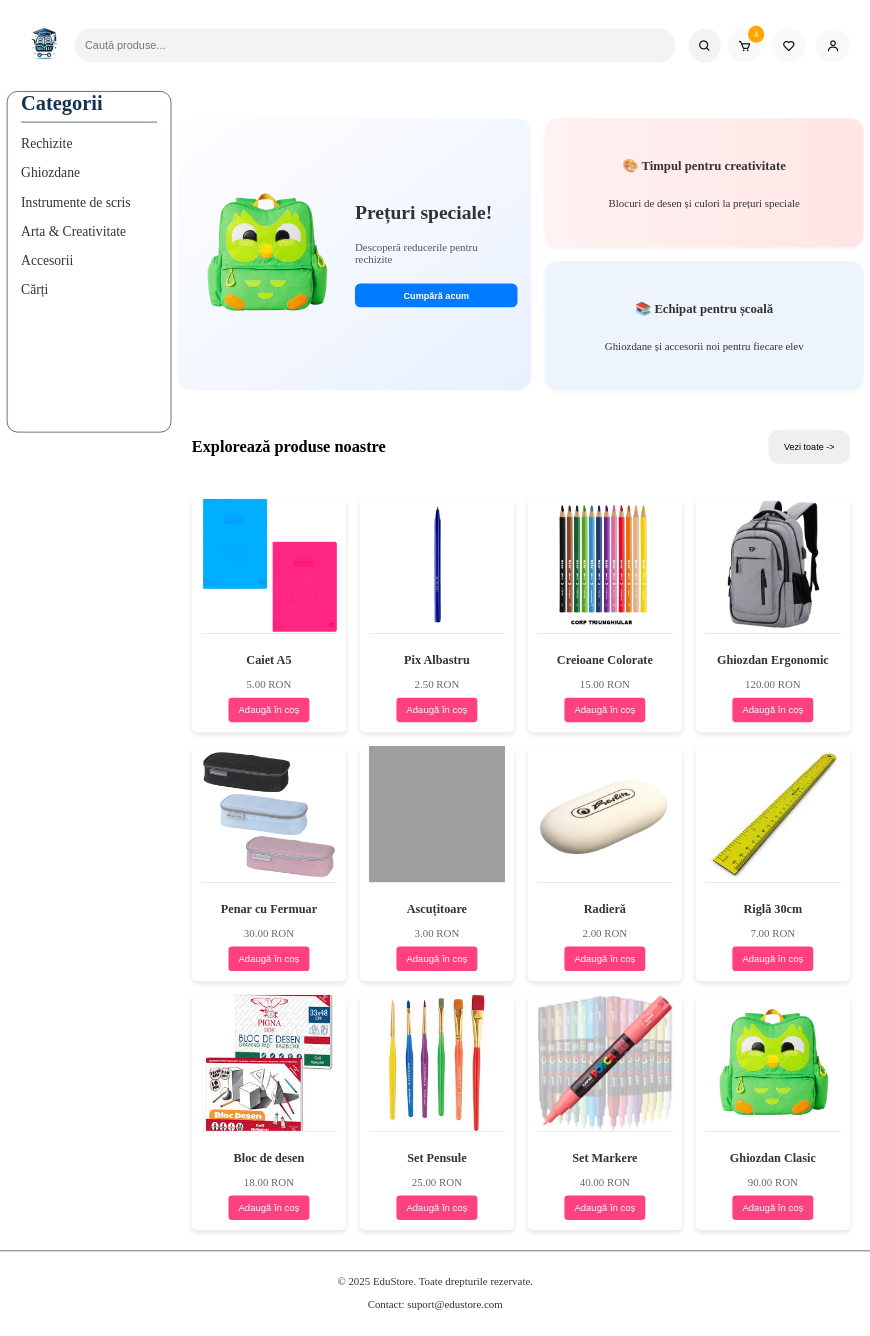
Repository: Roxana5504/WebDev-Project
Page: frontend/index.html
An editor plug-in stored every save of this project. The page is shown before and after the next save, followed by the edit.
The browser window is 1280 px wide. The pictures show the whole page, at 68% of full size.
Pictures or frames that could not be fetched are drawn as grey boxes.

Above is the page before, as saved 2025-04-23 16:56:16.

### frontend/index.html
<!DOCTYPE html>
<html lang="ro">
  <head>
    <meta charset="UTF-8" />
    <meta name="viewport" content="width=device-width, initial-scale=1.0" />
    <title>Căutare Produse</title>
    <link rel="stylesheet" href="/styles.css" />
    <link
      href="https://cdn.jsdelivr.net/npm/boxicons@2.1.4/css/boxicons.min.css"
      rel="stylesheet"
    />
  </head>

  <body>
    <header class="container-header">
      <div class="logo">
        <img src="/backend/images/logoDWS.png" alt="EduStore" />
      </div>

      <div class="search-bar">
        <button class="sidebar-toggle" id="sidebar-toggle">
          <i class="bx bx-menu"></i>
        </button>
        <input type="text" id="search-input" placeholder="Caută produse..." />
        <button class="search-btn" id="search-btn">
          <i class="bx bx-search"></i>
        </button>
      </div>

      <div class="header-icons">
        <div class="header-icon">
          <span class="cart-items">4</span>
          <i class="bx bx-cart"></i>
        </div>
        <div class="header-icon">
          <i class="bx bx-heart"></i>
        </div>
        <div class="header-icon profile">
          <i class="bx bx-user"></i>
        </div>
      </div>
    </header>

    <div class="main-content">
      <aside class="sidebar">
        <h2>Categorii</h2>
        <ul>
          <li>Rechizite</li>
          <li>Ghiozdane</li>
          <li>Instrumente de scris</li>
          <li>Arta & Creativitate</li>
          <li>Accesorii</li>
          <li>Cărți</li>
        </ul>
      </aside>

      <div class="container">
        <section class="banner">
          <div class="banner-left">
            <div class="banner-left-content">
              <div class="img-cont">
                <img src="/backend/images/gh.jpg" alt="Oferta specială" />
              </div>

              <div class="banner-text">
                <h2>Prețuri speciale!</h2>
                <p>Descoperă reducerile pentru rechizite</p>
                <button class="buy-now-btn" id="buy-now-btn">
                  Cumpără acum
                </button>
              </div>
            </div>
          </div>

          <div class="banner-right">
            <div class="banner-right-up">
              <h3>🎨 Timpul pentru creativitate</h3>
              <p>Blocuri de desen și culori la prețuri speciale</p>
            </div>
            <div class="banner-right-down">
              <h3>📚 Echipat pentru școală</h3>
              <p>Ghiozdane și accesorii noi pentru fiecare elev</p>
            </div>
          </div>
        </section>

        <section class="products">
          <div class="products-explore-line">
            <h2>Explorează produse noastre</h2>
            <button class="all-products-button">Vezi toate -></button>
          </div>
          <div id="product-list" class="product-list"></div>
        </section>
      </div>
    </div>
    <footer>
      <p>&copy; 2025 EduStore. Toate drepturile rezervate.</p>
      <p>Contact: suport@edustore.com</p>
    </footer>
    <script src="script.js"></script>
  </body>
</html>

### frontend/styles.css
/*CSS Roxana*/
html,
body {
  height: 100%;
  margin: 0;
  padding: 0;
}

.modal-overlay {
  position: fixed;
  top: 0;
  left: 0;
  right: 0;
  bottom: 0;
  background: rgba(0, 0, 0, 0.6);
  display: flex;
  align-items: center;
  justify-content: center;
  padding: 20px;
  z-index: 9999;
  overflow-y: auto;
  box-sizing: border-box;
}

.modal-content {
  display: flex;
  flex-direction: column;
  background: white;
  padding: 20px;
  border-radius: 10px;
  max-width: 800px;
  width: 100%;
  max-height: 90vh;
  overflow-y: auto;
  position: relative;
  box-sizing: border-box;
  align-items: center;
}

.modal-buttons {
  align-items: center;
  display: flex;
  gap: 10px;
  margin-top: 20px;
}

.modal-content button {
  background-color: black;
  color: white;
  font-weight: bold;
  border: none;
  padding: 12px 16px;
  border-radius: 5px;
}

.close-btn {
  position: absolute;
  top: 10px;
  right: 15px;
  font-size: 24px;
  cursor: pointer;
  color: red;
}

.modal-products {
  display: flex;
  flex-wrap: wrap;
  gap: 20px;
}

.modal-product-card {
  width: 200px;
  border: 1px solid #eee;
  border-radius: 10px;
  padding: 10px;
  text-align: center;
}

.modal-product-card img {
  max-width: 100%;
  height: auto;
  border-radius: 5px;
}

.container-header {
  padding: 30px;
  display: flex;
  align-items: center;
  justify-content: space-between;
  width: 100%;
  box-sizing: border-box;
  flex-wrap: wrap;
  gap: 10px;
}

.logo img {
  height: 70px;
  cursor: pointer;
}

.search-bar {
  flex: 1;
  gap: 20px;
  display: flex;
  align-items: center;
  position: relative;
  max-width: 1000px;
}

.search-btn {
  width: 50px;
  height: 50px;
  border-radius: 100%;
  border: none;
  background-color: #f3f3f3;
  display: flex;
  justify-content: center;
  align-items: center;
  cursor: pointer;
  font-size: 20px;
}

.search-bar input {
  min-width: 200px;
  width: 100%;
  height: 50px;
  padding: 10px 15px;
  border-radius: 50px;
  border: none;
  background-color: #f3f3f3;
  font-size: 16px;
  outline: none;
  box-sizing: border-box;
}

.header-icons {
  display: flex;
  align-items: center;
  gap: 15px;
}

.header-icon {
  position: relative;
  width: 50px;
  height: 50px;
  background-color: #f9f9f9;
  border-radius: 50%;
  display: flex;
  justify-content: center;
  align-items: center;
  cursor: pointer;
}

.header-icon i {
  font-size: 20px;
  color: black;
}

.cart-items {
  position: absolute;
  top: -4px;
  right: -4px;
  background-color: orange;
  color: white;
  font-size: 12px;
  border-radius: 100%;
  padding: 5px 9px;
}

.main-content {
  display: flex;
  flex: 1;
  box-sizing: border-box;
  justify-content: left;
}

.container {
  flex: 1;
  width: 100%;
  margin: 0px auto;
  display: flex;
  flex-direction: column;
  padding: 10px;
  max-width: 1200px;
  box-sizing: border-box;
  min-height: 100dvh;
  justify-content: flex-start;
}

.sidebar {
  max-height: 500px;
  border: 1px solid rgb(22, 50, 82);
  border-radius: 16px;
  margin-left: 10px;
  position: relative;
  z-index: 99;
  width: 200px;
  padding: 0px 20px;
  transition: transform 0.3s ease;
  border-right: 1px solid;
  border-right: 1px solid rgb(22, 50, 82);
}

.sidebar h2 {
  font-size: 30px;
  font-weight: bold;
  margin-top: 0px;
  color: rgb(22, 50, 82);
  margin-bottom: 10px;
  padding-bottom: 10px;
  border-bottom: 1px solid rgb(22, 50, 82);
}

.sidebar ul {
  list-style: none;
  padding: 0;
  margin: 0;
}

.sidebar ul li {
  padding: 10px 0;
  font-size: 20px;
  color: #333;
  cursor: pointer;
  transition: color 0.3s ease;
}

.sidebar ul li:hover {
  color: #0d4e5a;
}

.sidebar-toggle {
  background: none;
  border: none;
  font-size: 25px;
  cursor: pointer;
  display: none;
}

.banner {
  display: flex;
  flex-wrap: wrap;
  gap: 20px;
  margin: 30px 0;
  width: 100%;
}

.banner-left {
  box-sizing: border-box;
  background: linear-gradient(to bottom right, #fefeff, #e8f0ff);
  border-radius: 20px;
  padding: 20px;
  position: relative;
  display: flex;
  align-items: center;
  justify-content: space-between;
  flex: 1 1 50%;
}

.banner-left-content {
  display: flex;
  gap: 20px;
  align-items: center;
  flex-wrap: wrap;
  width: 100%;
  max-width: 500px;
}

.banner-left-content img {
  width: 100%;
  max-width: 220px;
  height: auto;
  border-radius: 10px;
  object-fit: cover;
}

.banner-text {
  flex: 1;
  display: flex;
  flex-direction: column;
  gap: 10px;
}

.banner-text h2 {
  font-size: 1.8rem;
  color: #333;
  margin: 0;
}

.banner-text p {
  font-size: 1rem;
  color: #555;
}

.buy-now-btn {
  background-color: #007bff;
  color: white;
  border: none;
  padding: 10px 16px;
  border-radius: 8px;
  font-weight: bold;
  cursor: pointer;
  transition: background 0.3s ease;
}

.buy-now-btn:hover {
  background-color: #0056b3;
}

.banner-right {
  flex: 1 1 45%;
  display: flex;
  flex-direction: column;
  justify-content: space-between;
  gap: 20px;
  min-width: 300px;
}

.banner-right-up,
.banner-right-down {
  border-radius: 20px;
  padding: 20px;
  text-align: center;
  min-height: 150px;
  display: flex;
  flex-direction: column;
  justify-content: center;
  box-shadow: 0 2px 6px rgba(0, 0, 0, 0.05);
}

.banner-right-up {
  background: linear-gradient(to right, #fff2f2, #ffe5e5);
  color: #333;
}

.banner-right-down {
  background: #eef4fc;
  color: #333;
}

footer {
  text-align: center;
  padding: 20px;
  border-top: 1px solid #333;
  color: #333;
  background-color: white;
}

.products-explore-line {
  display: flex;
  justify-content: space-between;
  width: 100%;
  box-sizing: border-box;
  align-items: center;
  padding: 20px;
}

.all-products-button {
  border: none;
  border-radius: 16px;
  padding: 0px 10px;
  width: 120px;
  height: 50px;
  cursor: pointer;
}

@media (max-width: 768px) {
  .search-bar {
    gap: 10px;
    width: 100%;
    margin: 0px;
    order: 1;
    display: flex;
    justify-content: center;
  }

  .search-bar input {
    flex: 1;
    margin: 0 10px;
  }

  .banner {
    flex-direction: column;
  }

  .banner-left {
    width: 100%;
    flex: none;
  }

  .banner-right {
    flex-direction: row;
    flex-wrap: wrap;
    width: 100%;
    gap: 20px;
  }

  .banner-right-up,
  .banner-right-down {
    flex: 1 1 48%;
    min-width: 48%;
    padding: 15px;
  }
}

@media (max-width: 600px) {
  .modal-products {
    flex-direction: column;
    align-items: center;
  }

  .modal-product-card {
    width: 100%;
    max-width: 300px;
  }
  .sidebar {
    width: 30%;
    z-index: 99;
    transform: translateX(-100%);
    display: none;
  }

  .sidebar-toggle {
    display: block;
  }

  .sidebar.open {
    transform: translateX(0);
    display: block;
  }

  .sidebar h2 {
    font-size: 22px;
  }

  .sidebar ul li {
    font-size: 16px;
  }
}

/*Sfarsit CSS Roxana*/

.product-list {
  display: grid;
  grid-template-columns: repeat(auto-fit, minmax(220px, 1fr));
  gap: 20px;
  padding: 20px;
}

.product-card {
  background: white;
  border-radius: 8px;
  box-shadow: 0px 4px 8px rgba(0, 0, 0, 0.1);
  overflow: hidden;
  text-align: center;
  transition: transform 0.2s ease-in-out;
}

.product-card:hover {
  transform: scale(1.05);
}

.product-card img {
  width: 100%;
  height: 200px;
  object-fit: cover;
  border-bottom: 1px solid #ddd;
}

.product-card .product-info {
  padding: 15px;
}

.product-card h3 {
  font-size: 18px;
  margin: 10px 0;
  color: #333;
}

.product-card p {
  font-size: 16px;
  color: #666;
  margin-bottom: 10px;
}

.product-card button {
  background: #ff4081;
  color: white;
  border: none;
  padding: 10px 15px;
  border-radius: 5px;
  cursor: pointer;
  font-size: 14px;
  transition: background 0.3s;
}

.product-card button:hover {
  background: #e6006e;
}

@media (max-width: 768px) {
  .product-list {
    grid-template-columns: repeat(auto-fit, minmax(180px, 1fr));
  }
}

### frontend/script.js
//Roxana
document.addEventListener("DOMContentLoaded", function () {
  const categoryItems = document.querySelectorAll("aside li")
  const productList = document.getElementById("product-list")
  let products = []

  fetch("/products.json")
    .then((response) => {
      if (!response.ok) {
        throw new Error("Eroare la încărcarea fișierului products.json")
      }
      return response.json()
    })
    .then((data) => {
      products = data.products.map((product) => {
        const name = product.name.toLowerCase()
        let category = "altele"

        if (name.includes("ghiozdan")) category = "ghiozdane"
        else if (
          name.includes("pix") ||
          name.includes("creion") ||
          name.includes("marker") ||
          name.includes("pensul")
        )
          category = "arta-creativitate"
        else if (
          name.includes("radier") ||
          name.includes("ascuțitoare") ||
          name.includes("rigl")
        )
          category = "accesorii"
        else if (
          name.includes("caiet") ||
          name.includes("penar") ||
          name.includes("bloc")
        )
          category = "rechizite"

        return { ...product, category }
      })

      renderProducts()
    })
    .catch((error) => {
      console.error("Eroare la încărcare produse:", error)
    })

  function renderProducts() {
    productList.innerHTML = ""
    products.forEach((product) => {
      const productCard = document.createElement("div")
      productCard.classList.add("product-card")
      productCard.setAttribute("data-category", product.category)
      productCard.innerHTML = `
        <img src="${product.image}" alt="${
        product.name
      }" style="width: 200px; height: 200px; object-fit: cover;">
        <div class="product-info">
          <h3>${product.name}</h3>
          <p>${product.price.toFixed(2)} RON</p>
          <button>Adaugă în coș</button>
        </div>
      `
      productList.appendChild(productCard)
    })
  }

  categoryItems.forEach((item) => {
    item.addEventListener("click", function () {
      const category = this.textContent
        .trim()
        .toLowerCase()
        .replace(/\s+/g, "-")
      const productCards = document.querySelectorAll(".product-card")

      productCards.forEach((product) => {
        if (
          product.getAttribute("data-category") === category ||
          category === "toate"
        ) {
          product.style.display = "flex"
        } else {
          product.style.display = "none"
        }
      })
    })
  })
})

document.getElementById("search-btn").addEventListener("click", () => {
  const query = document.getElementById("search-input").value.trim()

  fetch(`/products/${query}`)
    .then((res) => {
      if (!res.ok) throw new Error("Server error: " + res.status)
      return res.json()
    })
    .then((data) => {
      if (data.length > 0) {
        showModalWithProducts(data)
      } else {
        showNoProductFoundModal(query)
      }
    })
    .catch((err) => {
      console.error("Eroare:", err)
    })
})

document.getElementById("buy-now-btn").addEventListener("click", () => {
  const query = "Ghiozdan Clasic"
  fetch(`/products/${query}`)
    .then((res) => {
      if (!res.ok) throw new Error("Server error: " + res.status)
      return res.json()
    })
    .then((data) => {
      if (data.length > 0) {
        showModalWithProducts(data)
      } else {
        showNoProductFoundModal(query)
      }
    })
    .catch((err) => {
      console.error("Eroare:", err)
    })
})

function showModalWithProducts(products) {
  let modalHTML = `
      <div id="product-modal" class="modal-overlay">
        <div class="modal-content">
          <span class="close-btn" onclick="closeModal()">&times;</span>
          <h2>Rezultate Căutare</h2>
          <div class="modal-products">
    `

  products.forEach((product) => {
    modalHTML += `
        <div class="modal-product-card">
          <img src="${product.image}" alt="${product.name}" />
          <h3>${product.name}</h3>
          <p>Preț: ${product.price} lei</p>
          <p>Cantitate: ${product.quantity ?? "Nespecificat"}</p>
        </div>
      `
  })

  modalHTML += `
          </div>
        </div>
      </div>
    `

  document.body.insertAdjacentHTML("beforeend", modalHTML)
}

function showNoProductFoundModal(query) {
  const modalHTML = `
      <div id="product-modal" class="modal-overlay">
        <div class="modal-content">
          <span class="close-btn" onclick="closeModal()">&times;</span>
          <h2>Produs negăsit</h2>
          <p>Nu am găsit produsul <strong>"${query}"</strong>.</p>
          <p>Dorești să îl adaugi în magazin?</p>
          <div class="modal-buttons">
          <button onclick="openAddProductForm('${query}')">Adaugă produs</button>
          <button onclick="closeModal()">Încearcă din nou</button></div>
        </div>
      </div>
    `
  document.body.insertAdjacentHTML("beforeend", modalHTML)
}

function closeModal() {
  const modal = document.getElementById("product-modal")
  if (modal) modal.remove()
}

const sidebarToggle = document.getElementById("sidebar-toggle")
const sidebar = document.querySelector(".sidebar")

sidebarToggle.addEventListener("click", () => {
  sidebar.classList.toggle("open")
})
//Sfarsit cod Roxana

### backend/products.json
{
  "products": [
    { "name": "Caiet A5", "price": 5.0, "image": "/backend/images/caiet.jpg" },
    {
      "name": "Pix Albastru",
      "price": 2.5,
      "image": "/backend/images/pix.jpg",
      "quantity": 20
    },
    {
      "name": "Creioane Colorate",
      "price": 15.0,
      "image": "/backend/images/creioane.jpg",
      "quantity": 20
    },
    {
      "name": "Ghiozdan Ergonomic",
      "price": 120.0,
      "image": "/backend/images/ghiozdan.jpg",
      "quantity": 20
    },
    {
      "name": "Penar cu Fermuar",
      "price": 30.0,
      "image": "/backend/images/penar.jpg",
      "quantity": 20
    },
    {
      "name": "Ascuțitoare",
      "price": 3.0,
      "image": "/backend/images/ascutitoare.jpg",
      "quantity": 20
    },

    {
      "name": "Radieră",
      "price": 2.0,
      "image": "/backend/images/radiera.jpg",
      "quantity": 20
    },
    {
      "name": "Riglă 30cm",
      "price": 7.0,
      "image": "/backend/images/rigla.jpg",
      "quantity": 20
    },
    {
      "name": "Bloc de desen",
      "price": 18.0,
      "image": "/backend/images/blocdesen.jpg",
      "quantity": 20
    },
    {
      "name": "Set Pensule",
      "price": 25.0,
      "image": "/backend/images/pensule.jpg",
      "quantity": 20
    },
    {
      "name": "Set Markere",
      "price": 40.0,
      "image": "/backend/images/markere.jpg",
      "quantity": 20
    },
    {
      "name": "Ghiozdan Clasic",
      "price": 90.0,
      "image": "/backend/images/gh.jpg",
      "quantity": 20
    }
  ]
}

After the next save:
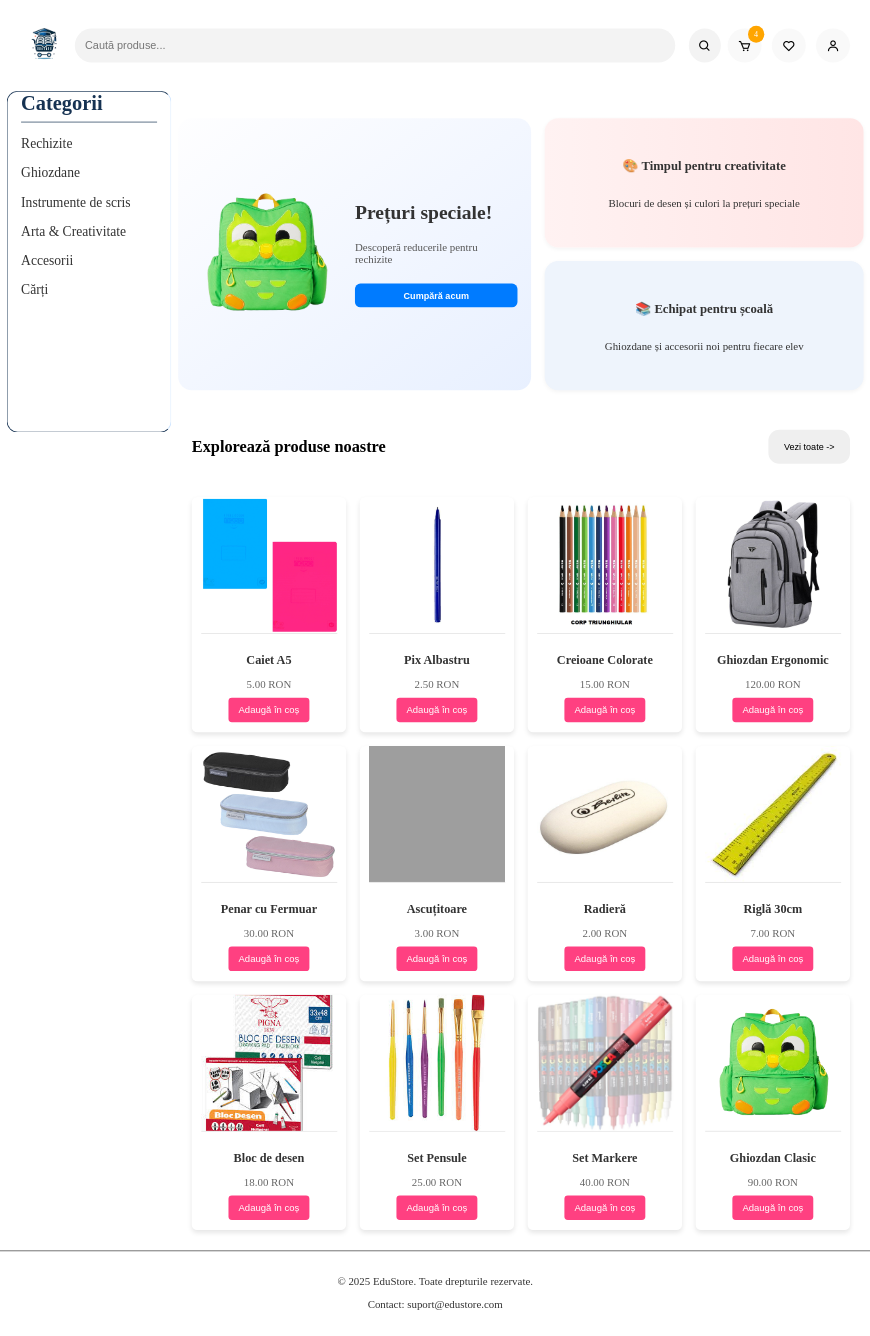
Saved 12 s later.
--- a/frontend/styles.css
+++ b/frontend/styles.css
@@ -198,7 +198,7 @@ body {
   padding: 0px 20px;
   transition: transform 0.3s ease;
   border-right: 1px solid;
-  border-right: 1px solid rgb(22, 50, 82);
+  border-right: 1px solid rgb(203, 227, 255);
 }
 
 .sidebar h2 {
